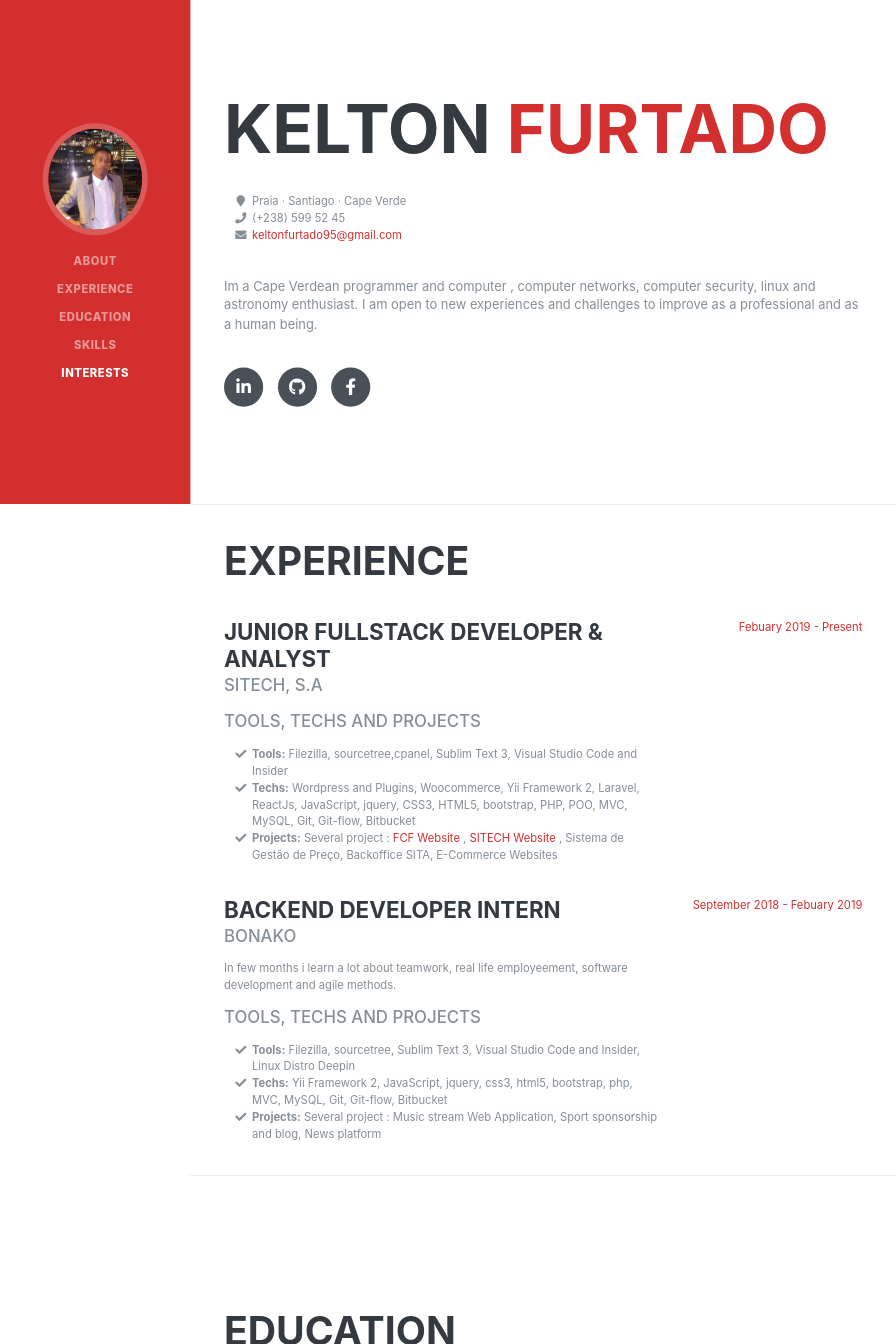
Repository: kcfurtado/kcfurtado.github.io
Page: index.html
An editor plug-in stored every save of this project. The page is shown before and after the next save, followed by the edit.
The browser window is 1280 px wide. The pictures show the part of the page from y = 0 to 1920 px (the page is 3843 px tall), at 70% of full size.
Some web fonts or font styles are not loaded; a fallback is used.

Above is the page before, as saved 2020-04-04 19:12:45.

### index.html
<!DOCTYPE html>
<html lang="en">

<head>

  <meta charset="utf-8">
  <meta name="viewport" content="width=device-width, initial-scale=1, shrink-to-fit=no">
  <meta name="description" content="">
  <meta name="author" content="">

  <title>Kelton Furtado - Portfolio</title>

  <!-- Bootstrap core CSS -->
  <link href="vendor/bootstrap/css/bootstrap.min.css" rel="stylesheet">

  <!-- Custom fonts for this template -->
  <link href="https://fonts.googleapis.com/css?family=Saira+Extra+Condensed:500,700" rel="stylesheet">
  <link href="https://fonts.googleapis.com/css?family=Muli:400,400i,800,800i" rel="stylesheet">
  <link href="vendor/fontawesome-free/css/all.min.css" rel="stylesheet">

  <!-- Custom styles for this template -->
  <link href="css/resume.min.css" rel="stylesheet">

</head>

<body id="page-top">

  <nav class="navbar navbar-expand-lg navbar-dark bg-primary fixed-top" id="sideNav">
    <a class="navbar-brand js-scroll-trigger" href="#page-top">
      <span class="d-block d-lg-none">Kelton Furtado</span>
      <span class="d-none d-lg-block">
        <img class="img-fluid img-profile rounded-circle mx-auto mb-2" src="img/profile.png" alt="">
      </span>
    </a>
    <button class="navbar-toggler" type="button" data-toggle="collapse" data-target="#navbarSupportedContent" aria-controls="navbarSupportedContent" aria-expanded="false" aria-label="Toggle navigation">
      <span class="navbar-toggler-icon"></span>
    </button>
    <div class="collapse navbar-collapse" id="navbarSupportedContent">
      <ul class="navbar-nav">
        <li class="nav-item">
          <a class="nav-link js-scroll-trigger" href="#about">About</a>
        </li>
        <li class="nav-item">
          <a class="nav-link js-scroll-trigger" href="#experience">Experience</a>
        </li>
        <li class="nav-item">
          <a class="nav-link js-scroll-trigger" href="#education">Education</a>
        </li>
        <li class="nav-item">
          <a class="nav-link js-scroll-trigger" href="#skills">Skills</a>
        </li>
        <li class="nav-item">
          <a class="nav-link js-scroll-trigger" href="#interests">Interests</a>
        </li>
        <!-- <li class="nav-item">
          <a class="nav-link js-scroll-trigger" href="#awards">Awards</a>
        </li> -->
      </ul>
    </div>
  </nav>

  <div class="container-fluid p-0">

    <section class="resume-section p-3 p-lg-5 d-flex align-items-center" id="about">
      <div class="w-100">
        <h1 class="mb-0">Kelton
          <span class="text-primary">Furtado</span>
        </h1>
        <ul class="mt-5 mb-5 fa-ul">
          <li>
            <i class="fa-li fa fa-map-marker"></i> Praia · Santiago · Cape Verde
          </li>
          <li>
            <i class="fa-li fa fa-phone"></i> (+238) 599 52 45
          </li>
          <li>
            <i class="fa-li fa fa-envelope"></i> <a target="_blank" href="mailto:kelfurtado28@hotmail.com">keltonfurtado95@gmail.com</a>
          </li>
        </ul>
        <p class="lead mb-5">Im a Cape Verdean programmer and computer , computer networks, computer security, linux and astronomy enthusiast. I am open to new experiences and challenges to improve as a professional and as a human being.</p>
        <div class="social-icons">
          <a target="_blank" href="https://linkedin.com/in/kelton-furtado">
            <i class="fab fa-linkedin-in"></i>
          </a>
          <a target="_blank" href="https://github.com/kcfurtado/">
            <i class="fab fa-github"></i>
          </a>
          <!--<a href="#">
            <i class="fab fa-twitter"></i>
          </a>-->
          <a target="_blank" href="https://www.facebook.com/kcafurtado">
            <i class="fab fa-facebook-f"></i>
          </a>
        </div>
      </div>
    </section>

    <hr class="m-0">

    <section class="resume-section p-3 p-lg-5 d-flex justify-content-center" id="experience">
      <div class="w-100">
        <h2 class="mb-5">Experience</h2>

        <div class="resume-item d-flex flex-column flex-md-row justify-content-between mb-5">
          <div class="resume-content">
            <h3 class="mb-0">Junior Fullstack Developer &amp; Analyst</h3>
            <div class="subheading mb-3">SITECH, S.A</div>
            <p></p>
            <div class="subheading mb-3">Tools, Techs and projects</div>
            <ul class="fa-ul mb-0">
              <li>
                <i class="fa-li fa fa-check"></i>
                <b>Tools:</b> Filezilla, sourcetree,cpanel, Sublim Text 3, Visual Studio Code and Insider
              </li>
              <li>
                <i class="fa-li fa fa-check"></i>
                <b>Techs:</b> Wordpress and Plugins, Woocommerce, Yii Framework 2, Laravel, ReactJs,  JavaScript, jquery, CSS3, HTML5, bootstrap, PHP, POO, MVC, MySQL, Git, Git-flow, Bitbucket
              </li>
              <li>
                <i class="fa-li fa fa-check"></i>
                <b>Projects:</b> Several project : <a href="#">FCF Website</a> , <a href="#">SITECH Website</a> , Sistema de Gestão de Preço, Backoffice SITA, E-Commerce Websites
              </li>
            </ul>
          </div>
          <div class="resume-date text-md-right">
            <span class="text-primary">Febuary 2019 - Present</span>
          </div>
        </div>

        <div class="resume-item d-flex flex-column flex-md-row justify-content-between">
          <div class="resume-content">
            <h3 class="mb-0">Backend Developer Intern</h3>
            <div class="subheading mb-3">Bonako</div>
            <p> In few months i learn a lot about teamwork, real life employeement, software development and agile methods.</p>
            <div class="subheading mb-3">Tools, Techs and projects</div>
            <ul class="fa-ul mb-0">
              <li>
                <i class="fa-li fa fa-check"></i>
                <b>Tools:</b> Filezilla, sourcetree, Sublim Text 3, Visual Studio Code and Insider, Linux Distro Deepin
              </li>
              <li>
                <i class="fa-li fa fa-check"></i>
                <b>Techs:</b> Yii Framework 2, JavaScript, jquery, css3, html5, bootstrap, php, MVC, MySQL, Git, Git-flow, Bitbucket
              </li>
              <li>
                <i class="fa-li fa fa-check"></i>
                <b>Projects:</b> Several project : Music stream Web Application, Sport sponsorship and blog, News platform
              </li>
            </ul>
          </div>
          <div class="resume-date text-md-right">
            <span class="text-primary">September 2018 - Febuary 2019</span>
          </div>
        </div>

      </div>

    </section>

    <hr class="m-0">

    <section class="resume-section p-3 p-lg-5 d-flex align-items-center" id="education">
      <div class="w-100">
        <h2 class="mb-5">Education</h2>

        <div class="resume-item d-flex flex-column flex-md-row justify-content-between mb-5">
          <div class="resume-content">
            <h3 class="mb-0">University of Cape Verde</h3>
            <div class="subheading mb-3">Computer Engineering</div>
            <div></div>
            <p></p>
          </div>
          <div class="resume-date text-md-right">
            <span class="text-primary">October 2013 - July 2018 </span>
          </div>
        </div>

        <div class="resume-item d-flex flex-column flex-md-row justify-content-between">
          <div class="resume-content">
            <h3 class="mb-0">Fulgêncio Tavares High School</h3>
            <div class="subheading mb-3">Science and Technology</div>
            <p></p>
          </div>
          <div class="resume-date text-md-right">
            <span class="text-primary">September 2007 - July 2013</span>
          </div>
        </div>

      </div>
    </section>

    <hr class="m-0">

    <section class="resume-section p-3 p-lg-5 d-flex align-items-center" id="skills">
      <div class="w-100">
        <h2 class="mb-5">Skills</h2>

        <div class="subheading mb-3">Programming Languages &amp; Tools</div>
        <ul class="list-inline dev-icons">
          <li class="list-inline-item">
            <i class="fab fa-html5"></i>
          </li>
          <li class="list-inline-item">
            <i class="fab fa-css3-alt"></i>
          </li>
          <li class="list-inline-item">
            <i class="fab fa-js-square"></i>
          </li>
          <li class="list-inline-item">
            <i class="fab fa-php"></i>
          </li>
          <li class="list-inline-item">
            <i class="fab fa-laravel"></i>
          </li>
          <li class="list-inline-item">
            <i class="fab fa-yarn"></i>
          </li>
          <li class="list-inline-item">
            <i class="fab fa-node-js"></i>
          </li>
          <li class="list-inline-item">
            <i class="fab fa-bootstrap"></i>
          </li>
          <li class="list-inline-item">
            <i class="fab fa-wordpress"></i>
          </li>
          <li class="list-inline-item">
            <i class="fab fa-yarn"></i>
          </li>
          <li class="list-inline-item">
            <i class="fab fa-git"></i>
          </li>
          <li class="list-inline-item">
            <i class="fab fa-github"></i>
          </li>
          <li class="list-inline-item">
            <i class="fab fa-gitlab"></i>
          </li>
          <li class="list-inline-item">
            <i class="fab fa-bitbucket"></i>
          </li>
          <li class="list-inline-item">
            <i class="fab fa-npm"></i>
          </li>
          <li class="list-inline-item">
            <i class="fab fa-linux"></i>
          </li>
        </ul>

        <!--<div class="subheading mb-3">Workflow</div>
        <ul class="fa-ul mb-0">
          <li>
            <i class="fa-li fa fa-check"></i>
            Web-First, Responsive Design</li>
          <li>
            <i class="fa-li fa fa-check"></i>
            Cross Browser Testing &amp; Debugging</li>
          <li>
            <i class="fa-li fa fa-check"></i>
            Cross Functional Teams</li>
          <!--<li>
            <i class="fa-li fa fa-check"></i>
            Agile Development &amp; Scrum</li>-->
        </ul>
      </div>
    </section>

    <hr class="m-0">

    <section class="resume-section p-3 p-lg-5 d-flex align-items-center" id="interests">
      <div class="w-100">
        <div class="subheading mb-3">Interests</div>
        <ul class="fa-ul mb-0">
          <li>
            <i class="fa-li fa fa-check"></i> Computer network
          </li>
          <li>
            <i class="fa-li fa fa-check"></i> Computer security
          </li>
          <li>
            <i class="fa-li fa fa-check"></i> Linux distros ( Ubuntu, Fedora, Elementary, Deepin, Kali )
          </li>
          <li>
            <i class="fa-li fa fa-check"></i> JavaScript ( ES5, ES6, ES7 )
          </li>
          <li>
            <i class="fa-li fa fa-check"></i> NodeJS
          </li>
          <li>
            <i class="fa-li fa fa-check"></i> Web Services (API REST and RESTFull)
          </li>
          <li>
            <i class="fa-li fa fa-check"></i> ReactJS and React Native
          </li>
          <li>
            <i class="fa-li fa fa-check"></i> PHP
          </li>
          <li>
            <i class="fa-li fa fa-check"></i> PHP Frameworks ( Yii2, Laravel)
          </li>
          <li>
            <i class="fa-li fa fa-check"></i> Open Source Softwares
          </li>
          <li>
            <i class="fa-li fa fa-check"></i> Git, Git-flow, Github, Gitlab, Bitbucket
          </li>
          <li>
            <i class="fa-li fa fa-check"></i> Astronomy (Planets, Stars, Black hole, dark matters )
          </li>
          <li>
            <i class="fa-li fa fa-check"></i> Sports (Football, Handball, Basketball)
          </li>
        </ul>

      </div>
    </section>

    <hr class="m-0">

    <!--<section class="resume-section p-3 p-lg-5 d-flex align-items-center" id="awards">
      <div class="w-100">
        <h2 class="mb-5">Awards &amp; Certifications</h2>
        <ul class="fa-ul mb-0">
          <li>
            <i class="fa-li fa fa-trophy text-warning"></i>
            Google Analytics Certified Developer</li>
          <li>
            <i class="fa-li fa fa-trophy text-warning"></i>
            Mobile Web Specialist - Google Certification</li>
          <li>
            <i class="fa-li fa fa-trophy text-warning"></i>
            1<sup>st</sup>
            Place - University of Colorado Boulder - Emerging Tech Competition 2009</li>
          <li>
            <i class="fa-li fa fa-trophy text-warning"></i>
            1<sup>st</sup>
            Place - University of Colorado Boulder - Adobe Creative Jam 2008 (UI Design Category)</li>
          <li>
            <i class="fa-li fa fa-trophy text-warning"></i>
            2<sup>nd</sup>
            Place - University of Colorado Boulder - Emerging Tech Competition 2008</li>
          <li>
            <i class="fa-li fa fa-trophy text-warning"></i>
            1<sup>st</sup>
            Place - James Buchanan High School - Hackathon 2006</li>
          <li>
            <i class="fa-li fa fa-trophy text-warning"></i>
            3<sup>rd</sup>
            Place - James Buchanan High School - Hackathon 2005</li>
        </ul>
      </div>
    </section>
  -->

  </div>

  <!-- Bootstrap core JavaScript -->
  <script src="vendor/jquery/jquery.min.js"></script>
  <script src="vendor/bootstrap/js/bootstrap.bundle.min.js"></script>

  <!-- Plugin JavaScript -->
  <script src="vendor/jquery-easing/jquery.easing.min.js"></script>

  <!-- Custom scripts for this template -->
  <script src="js/resume.min.js"></script>

</body>

</html>

### css/resume.min.css
/*!
 * Start Bootstrap - Resume v5.0.8 (https://startbootstrap.com/template-overviews/resume)
 * Copyright 2013-2019 Start Bootstrap
 * Licensed under MIT (https://github.com/BlackrockDigital/startbootstrap-resume/blob/master/LICENSE)
 */body{font-family:Muli,-apple-system,BlinkMacSystemFont,'Segoe UI',Roboto,'Helvetica Neue',Arial,sans-serif,'Apple Color Emoji','Segoe UI Emoji','Segoe UI Symbol','Noto Color Emoji';padding-top:54px;color:#868e96}@media (min-width:992px){body{padding-top:0;padding-left:17rem}}h1,h2,h3,h4,h5,h6{font-family:'Saira Extra Condensed',-apple-system,BlinkMacSystemFont,'Segoe UI',Roboto,'Helvetica Neue',Arial,sans-serif,'Apple Color Emoji','Segoe UI Emoji','Segoe UI Symbol','Noto Color Emoji';font-weight:700;text-transform:uppercase;color:#343a40}h1{font-size:6rem;line-height:5.5rem}h2{font-size:3.5rem}h3{font-size:2rem}p.lead{font-size:1.15rem;font-weight:400}.subheading{text-transform:uppercase;font-weight:500;font-family:'Saira Extra Condensed',-apple-system,BlinkMacSystemFont,'Segoe UI',Roboto,'Helvetica Neue',Arial,sans-serif,'Apple Color Emoji','Segoe UI Emoji','Segoe UI Symbol','Noto Color Emoji';font-size:1.5rem}.social-icons a{display:inline-block;height:3.5rem;width:3.5rem;background-color:#495057;color:#fff!important;border-radius:100%;text-align:center;font-size:1.5rem;line-height:3.5rem;margin-right:1rem}.social-icons a:last-child{margin-right:0}.social-icons a:hover{background-color:#d32f2f}.dev-icons{font-size:3rem}.dev-icons .list-inline-item i:hover{color:#d32f2f}#sideNav .navbar-nav .nav-item .nav-link{font-weight:800;letter-spacing:.05rem;text-transform:uppercase}#sideNav .navbar-toggler:focus{outline-color:#9a0007}@media (min-width:992px){#sideNav{text-align:center;position:fixed;top:0;left:0;display:flex;flex-direction:column;width:17rem;height:100vh}#sideNav .navbar-brand{display:flex;margin:auto auto 0;padding:.5rem}#sideNav .navbar-brand .img-profile{max-width:10rem;max-height:10rem;border:.5rem solid rgba(255,255,255,.2)}#sideNav .navbar-collapse{display:flex;align-items:flex-start;flex-grow:0;width:100%;margin-bottom:auto}#sideNav .navbar-collapse .navbar-nav{flex-direction:column;width:100%}#sideNav .navbar-collapse .navbar-nav .nav-item{display:block}#sideNav .navbar-collapse .navbar-nav .nav-item .nav-link{display:block}}section.resume-section{padding-top:5rem!important;padding-bottom:5rem!important;max-width:75rem}section.resume-section .resume-item .resume-date{min-width:none}@media (min-width:768px){section.resume-section{min-height:100vh}section.resume-section .resume-item .resume-date{min-width:18rem}}@media (min-width:992px){section.resume-section{padding-top:3rem!important;padding-bottom:3rem!important}}.bg-primary{background-color:#d32f2f!important}.text-primary{color:#d32f2f!important}a{color:#d32f2f}a:active,a:focus,a:hover{color:#9a0007}

Loaded but not shown: vendor/bootstrap/css/bootstrap.min.css (library); vendor/fontawesome-free/css/all.min.css (library); vendor/jquery/jquery.min.js (library); vendor/bootstrap/js/bootstrap.bundle.min.js (library); vendor/jquery-easing/jquery.easing.min.js (common file); js/resume.min.js (common file)

After the next save:
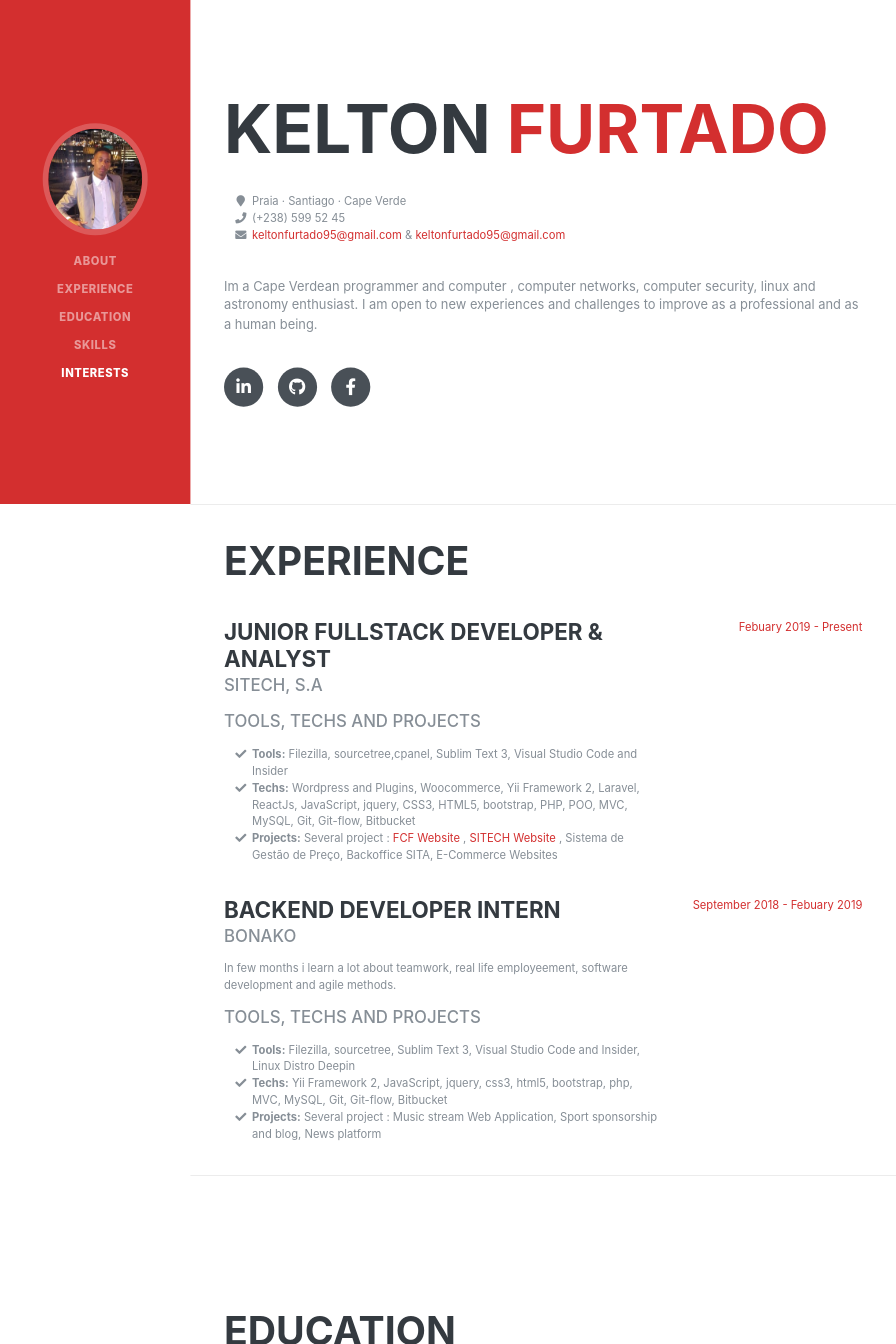
Saved 36 s later.
--- a/index.html
+++ b/index.html
@@ -74,7 +74,9 @@
             <i class="fa-li fa fa-phone"></i> (+238) 599 52 45
           </li>
           <li>
-            <i class="fa-li fa fa-envelope"></i> <a target="_blank" href="mailto:kelfurtado28@hotmail.com">keltonfurtado95@gmail.com</a>
+            <i class="fa-li fa fa-envelope"></i>
+            <a target="_blank" href="mailto:kelfurtado28@hotmail.com">keltonfurtado95@gmail.com</a> &amp;
+            <a target="_blank" href="mailto:kelfurtado28@hotmail.com">keltonfurtado95@gmail.com</a>
           </li>
         </ul>
         <p class="lead mb-5">Im a Cape Verdean programmer and computer , computer networks, computer security, linux and astronomy enthusiast. I am open to new experiences and challenges to improve as a professional and as a human being.</p>
